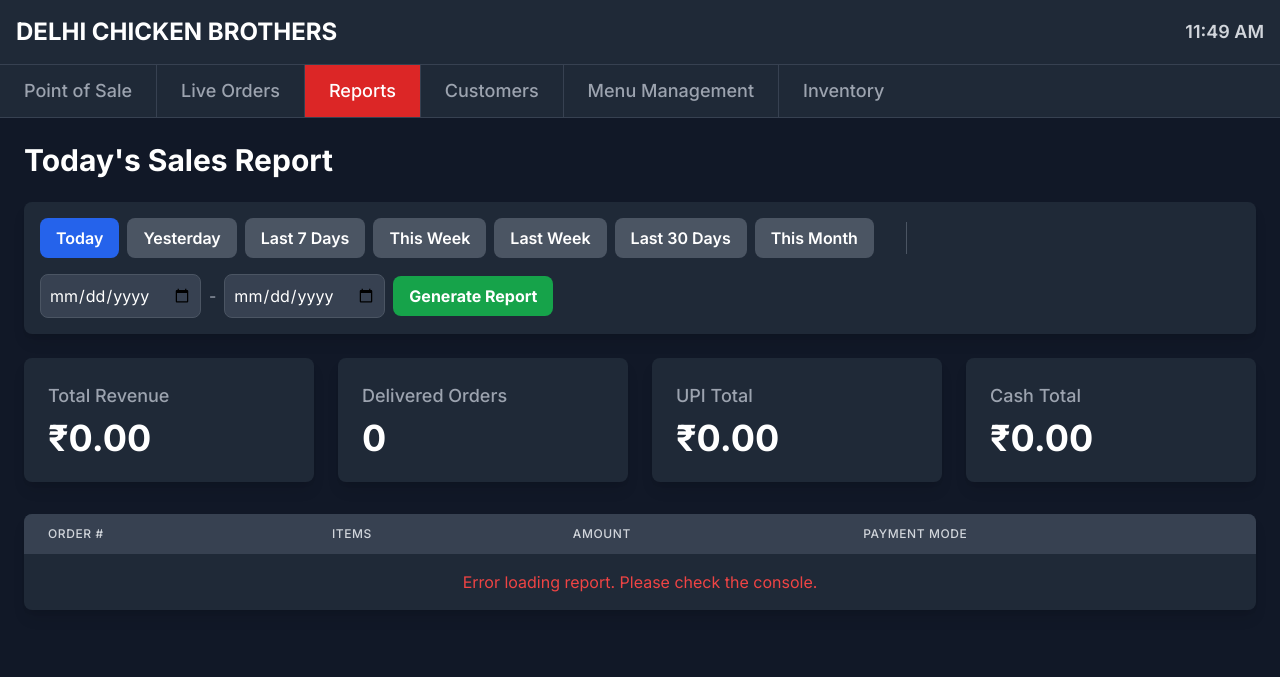
Repository: roydigital/dcb-pos-app
Page: reports.html
These files come from the project's save history. The page is drawn as it stood at one moment and after a run of saves; the edit follows.
The browser window is 1280 px wide. The pictures show the whole page.
The page's requests for data from a server got no answer. Some web libraries are served in a nearby version.

Above is the page before, as saved 2025-09-18 18:15:09.

### reports.html
<!DOCTYPE html>
<html lang="en">
<head>
    <meta charset="UTF-8">
    <meta name="viewport" content="width=device-width, initial-scale=1.0">
    <title>Daily Sales Report - DCB POS</title>
    <script src="https://cdn.tailwindcss.com"></script>
    <link rel="preconnect" href="https://fonts.googleapis.com">
    <link rel="preconnect" href="https://fonts.gstatic.com" crossorigin>
    <link href="https://fonts.googleapis.com/css2?family=Inter:wght@400;500;600;700&display=swap" rel="stylesheet">
    <style>
        body {
            font-family: 'Inter', sans-serif;
        }
        .modal-backdrop {
            position: fixed;
            top: 0;
            left: 0;
            width: 100%;
            height: 100%;
            background-color: rgba(0, 0, 0, 0.6);
            display: none;
            justify-content: center;
            align-items: center;
            z-index: 1000;
        }
        .modal-content {
            background-color: #1f2937; /* bg-gray-800 */
            padding: 2rem;
            border-radius: 0.5rem;
            box-shadow: 0 10px 15px -3px rgba(0, 0, 0, 0.1), 0 4px 6px -2px rgba(0, 0, 0, 0.05);
            width: 90%;
            max-width: 500px;
            position: relative;
        }
        .modal-close {
            position: absolute;
            top: 1rem;
            right: 1rem;
            font-size: 1.5rem;
            line-height: 1;
            cursor: pointer;
            color: #9ca3af; /* text-gray-400 */
        }
        .modal-close:hover {
            color: #e5e7eb; /* text-gray-200 */
        }
        .clickable-row {
            cursor: pointer;
        }
    </style>
</head>
<body class="bg-gray-900 text-gray-200">
    <div class="flex flex-col h-screen">
        <!-- Header -->
        <header class="bg-gray-800 p-4 flex justify-between items-center shadow-md">
            <h1 class="text-2xl font-bold text-white">DELHI CHICKEN BROTHERS</h1>
            <div id="current-time" class="text-lg font-semibold text-gray-300"></div>
        </header>

        <!-- Navigation Bar -->
        <nav class="bg-gray-800 border-t border-b border-gray-700">
            <div class="flex">
                <a href="index.html" class="px-6 py-3 text-lg font-medium text-gray-400 hover:bg-gray-700 border-r border-gray-700">Point of Sale</a>
                <a href="live-orders.html" class="px-6 py-3 text-lg font-medium text-gray-400 hover:bg-gray-700 border-r border-gray-700">Live Orders</a>
                <a href="reports.html" class="px-6 py-3 text-lg font-medium bg-red-600 text-white border-r border-gray-700">Reports</a>
                <a href="customers.html" class="px-6 py-3 text-lg font-medium text-gray-400 hover:bg-gray-700 border-r border-gray-700">Customers</a>
                <a href="menu-management.html" class="px-6 py-3 text-lg font-medium text-gray-400 hover:bg-gray-700 border-r border-gray-700">Menu Management</a>
                <a href="inventory.html" class="px-6 py-3 text-lg font-medium text-gray-400 hover:bg-gray-700">Inventory</a>
            </div>
        </nav>

        <!-- Main Content -->
        <main class="flex-grow p-6">
            <div class="flex justify-between items-center mb-6">
                <h2 id="report-heading" class="text-3xl font-bold text-white">Today's Sales Report</h2>
            </div>

            <!-- Date Range Selector -->
            <div class="bg-gray-800 p-4 rounded-lg shadow-lg mb-6">
                <div class="flex flex-wrap items-center gap-4">
                    <!-- Predefined Ranges -->
                    <div class="flex items-center gap-2 flex-wrap">
                        <button id="btn-today" class="bg-blue-600 hover:bg-blue-700 text-white font-semibold py-2 px-4 rounded-lg">Today</button>
                        <button id="btn-yesterday" class="bg-gray-600 hover:bg-gray-700 text-white font-semibold py-2 px-4 rounded-lg">Yesterday</button>
                        <button id="btn-last-7-days" class="bg-gray-600 hover:bg-gray-700 text-white font-semibold py-2 px-4 rounded-lg">Last 7 Days</button>
                        <button id="btn-this-week" class="bg-gray-600 hover:bg-gray-700 text-white font-semibold py-2 px-4 rounded-lg">This Week</button>
                        <button id="btn-last-week" class="bg-gray-600 hover:bg-gray-700 text-white font-semibold py-2 px-4 rounded-lg">Last Week</button>
                        <button id="btn-last-30-days" class="bg-gray-600 hover:bg-gray-700 text-white font-semibold py-2 px-4 rounded-lg">Last 30 Days</button>
                        <button id="btn-this-month" class="bg-gray-600 hover:bg-gray-700 text-white font-semibold py-2 px-4 rounded-lg">This Month</button>
                    </div>
                    <div class="h-8 border-l border-gray-600 mx-4 hidden md:block"></div>
                    <!-- Custom Date Range -->
                    <div class="flex items-center gap-2 flex-wrap">
                        <div>
                            <label for="start-date" class="sr-only">Start Date</label>
                            <input type="date" id="start-date" class="bg-gray-700 border border-gray-600 text-white rounded-lg p-2">
                        </div>
                        <span class="text-gray-400">-</span>
                        <div>
                            <label for="end-date" class="sr-only">End Date</label>
                            <input type="date" id="end-date" class="bg-gray-700 border border-gray-600 text-white rounded-lg p-2">
                        </div>
                        <button id="btn-generate" class="bg-green-600 hover:bg-green-700 text-white font-bold py-2 px-4 rounded-lg">Generate Report</button>
                    </div>
                </div>
            </div>

            <!-- Stat Cards -->
            <div class="grid grid-cols-1 md:grid-cols-2 lg:grid-cols-4 gap-6 mb-8">
                <div class="bg-gray-800 p-6 rounded-lg shadow-lg">
                    <h3 class="text-gray-400 text-lg font-medium">Total Revenue</h3>
                    <p id="total-revenue" class="text-4xl font-bold text-white mt-2">₹0.00</p>
                </div>
                <div class="bg-gray-800 p-6 rounded-lg shadow-lg">
                    <h3 class="text-gray-400 text-lg font-medium">Delivered Orders</h3>
                    <p id="order-count" class="text-4xl font-bold text-white mt-2">0</p>
                </div>
                <div class="bg-gray-800 p-6 rounded-lg shadow-lg">
                    <h3 class="text-gray-400 text-lg font-medium">UPI Total</h3>
                    <p id="upi-total" class="text-4xl font-bold text-white mt-2">₹0.00</p>
                </div>
                <div class="bg-gray-800 p-6 rounded-lg shadow-lg">
                    <h3 class="text-gray-400 text-lg font-medium">Cash Total</h3>
                    <p id="cash-total" class="text-4xl font-bold text-white mt-2">₹0.00</p>
                </div>
            </div>

            <!-- Orders Table -->
            <div class="bg-gray-800 rounded-lg shadow-lg overflow-hidden">
                <table class="min-w-full">
                    <thead class="bg-gray-700">
                        <tr>
                            <th class="px-6 py-3 text-left text-xs font-medium text-gray-300 uppercase tracking-wider">Order #</th>
                            <th class="px-6 py-3 text-left text-xs font-medium text-gray-300 uppercase tracking-wider">Items</th>
                            <th class="px-6 py-3 text-left text-xs font-medium text-gray-300 uppercase tracking-wider">Amount</th>
                            <th class="px-6 py-3 text-left text-xs font-medium text-gray-300 uppercase tracking-wider">Payment Mode</th>
                        </tr>
                    </thead>
                    <tbody id="report-table-body" class="divide-y divide-gray-700">
                        <!-- Rows will be inserted here dynamically -->
                    </tbody>
                </table>
            </div>
        </main>
    </div>

    <!-- Order Details Modal -->
    <div id="order-details-modal" class="modal-backdrop">
        <div class="modal-content">
            <span id="modal-close-btn" class="modal-close">&times;</span>
            <h3 class="text-2xl font-bold mb-4">Order Details</h3>
            <div class="space-y-2 text-lg">
                <p><strong>Order #:</strong> <span id="modal-order-number" class="font-mono"></span></p>
                <p><strong>Date:</strong> <span id="modal-date" class="font-mono"></span></p>
                <p><strong>Total Amount:</strong> <span id="modal-total-amount" class="font-semibold text-green-400"></span></p>
                <p><strong>Payment Mode:</strong> <span id="modal-payment-mode" class="capitalize"></span></p>
                <p><strong>Customer:</strong> <span id="modal-customer"></span></p>
                <div class="pt-2">
                    <h4 class="text-xl font-semibold mb-2">Items:</h4>
                    <ul id="modal-items" class="list-disc list-inside space-y-1 pl-2">
                        <!-- Items will be populated here -->
                    </ul>
                </div>
                <div id="modal-notes-container" style="display: none;" class="pt-2">
                    <h4 class="text-xl font-semibold mb-2">Notes:</h4>
                    <p id="modal-notes" class="text-gray-300"></p>
                </div>
            </div>
        </div>
    </div>


    <script>
        let currentReportOrders = [];
        const reportHeading = document.getElementById('report-heading');
        const totalRevenueEl = document.getElementById('total-revenue');
        const orderCountEl = document.getElementById('order-count');
        const upiTotalEl = document.getElementById('upi-total');
        const cashTotalEl = document.getElementById('cash-total');
        const tableBody = document.getElementById('report-table-body');
        const startDateInput = document.getElementById('start-date');
        const endDateInput = document.getElementById('end-date');

        function formatDate(date) {
            return date.toISOString().split('T')[0];
        }

        function updateHeading(startDate, endDate) {
            const startStr = startDate.toLocaleDateString('en-GB', { day: 'numeric', month: 'short' });
            const endStr = endDate.toLocaleDateString('en-GB', { day: 'numeric', month: 'short' });
            if (startStr === endStr) {
                if (formatDate(startDate) === formatDate(new Date())) {
                    reportHeading.textContent = "Today's Sales Report";
                } else {
                    reportHeading.textContent = `Sales Report for ${startStr}`;
                }
            } else {
                reportHeading.textContent = `Sales Report: ${startStr} to ${endStr}`;
            }
        }

        async function generateReport(startDate, endDate) {
            const startDateStr = formatDate(startDate);
            const endDateStr = formatDate(endDate);

            updateHeading(startDate, endDate);

            try {
                const response = await fetch(`/api/reports?startDate=${startDateStr}&endDate=${endDateStr}`);
                if (!response.ok) {
                    throw new Error(`HTTP error! status: ${response.status}`);
                }
                const data = await response.json();
                currentReportOrders = data.orders; // Store orders globally

                // Update stat cards
                totalRevenueEl.textContent = `₹${data.totalRevenue.toFixed(2)}`;
                orderCountEl.textContent = data.orderCount;
                upiTotalEl.textContent = `₹${(data.paymentBreakdown.upi || 0).toFixed(2)}`;
                cashTotalEl.textContent = `₹${(data.paymentBreakdown.cash || 0).toFixed(2)}`;

                // Populate table
                tableBody.innerHTML = ''; // Clear existing rows

                if (data.orders.length === 0) {
                    tableBody.innerHTML = `<tr><td colspan="4" class="text-center py-4 text-gray-500">No delivered orders found for the selected period.</td></tr>`;
                    return;
                }

                data.orders.forEach(order => {
                    const itemsSummary = order.items.map(item => `${item.quantity}x ${item.name}`).join(', ');
                    const row = `
                        <tr class="hover:bg-gray-700 clickable-row" data-order-id="${order._id}">
                            <td class="px-6 py-4 whitespace-nowrap font-medium">#${order.orderNumber}</td>
                            <td class="px-6 py-4 whitespace-normal">${itemsSummary}</td>
                            <td class="px-6 py-4 whitespace-nowrap font-semibold">₹${order.totalAmount.toFixed(2)}</td>
                            <td class="px-6 py-4 whitespace-nowrap capitalize">${order.paymentMode}</td>
                        </tr>
                    `;
                    tableBody.innerHTML += row;
                });

            } catch (error) {
                console.error('Failed to fetch sales report:', error);
                tableBody.innerHTML = `<tr><td colspan="4" class="text-center py-4 text-red-500">Error loading report. Please check the console.</td></tr>`;
            }
        }

        function updateTime() {
            const timeEl = document.getElementById('current-time');
            const now = new Date();
            timeEl.textContent = now.toLocaleTimeString('en-US', { hour: '2-digit', minute: '2-digit', hour12: true });
        }

        function setupEventListeners() {
            document.getElementById('btn-today').addEventListener('click', () => {
                const today = new Date();
                generateReport(today, today);
            });

            document.getElementById('btn-yesterday').addEventListener('click', () => {
                const yesterday = new Date();
                yesterday.setDate(yesterday.getDate() - 1);
                generateReport(yesterday, yesterday);
            });

            document.getElementById('btn-last-7-days').addEventListener('click', () => {
                const endDate = new Date();
                const startDate = new Date();
                startDate.setDate(startDate.getDate() - 6);
                generateReport(startDate, endDate);
            });

            document.getElementById('btn-this-week').addEventListener('click', () => {
                const today = new Date();
                const dayOfWeek = today.getDay(); // Sunday = 0, Monday = 1, etc.
                const startDate = new Date(today);
                startDate.setDate(today.getDate() - dayOfWeek);
                const endDate = new Date(startDate);
                endDate.setDate(startDate.getDate() + 6);
                generateReport(startDate, endDate);
            });

            document.getElementById('btn-last-week').addEventListener('click', () => {
                const today = new Date();
                const dayOfWeek = today.getDay();
                const endDate = new Date(today);
                endDate.setDate(today.getDate() - dayOfWeek - 1);
                const startDate = new Date(endDate);
                startDate.setDate(endDate.getDate() - 6);
                generateReport(startDate, endDate);
            });

            document.getElementById('btn-last-30-days').addEventListener('click', () => {
                const endDate = new Date();
                const startDate = new Date();
                startDate.setDate(startDate.getDate() - 29);
                generateReport(startDate, endDate);
            });

            document.getElementById('btn-this-month').addEventListener('click', () => {
                const today = new Date();
                const startDate = new Date(today.getFullYear(), today.getMonth(), 1);
                const endDate = new Date(today.getFullYear(), today.getMonth() + 1, 0);
                generateReport(startDate, endDate);
            });

            document.getElementById('btn-generate').addEventListener('click', () => {
                const startDate = startDateInput.value;
                const endDate = endDateInput.value;
                if (startDate && endDate) {
                    generateReport(new Date(startDate), new Date(endDate));
                } else {
                    alert('Please select both a start and end date.');
                }
            });
        }

        // Modal Logic
        const modal = document.getElementById('order-details-modal');
        const modalCloseBtn = document.getElementById('modal-close-btn');

        function hideModal() {
            modal.style.display = 'none';
        }

        tableBody.addEventListener('click', (event) => {
            const row = event.target.closest('.clickable-row');
            if (!row) return;

            const orderId = row.dataset.orderId;
            const orderData = currentReportOrders.find(o => o._id === orderId);

            if (!orderData) return;

            // Correctly format and display the date
            document.getElementById('modal-date').textContent = new Date(orderData.createdAt).toLocaleString('en-IN', { dateStyle: 'long', timeStyle: 'short' });

            // Populate standard fields
            document.getElementById('modal-order-number').textContent = `#${orderData.orderNumber}`;
            document.getElementById('modal-total-amount').textContent = `₹${orderData.totalAmount.toFixed(2)}`;
            document.getElementById('modal-payment-mode').textContent = orderData.paymentMode;

            // Correctly display customer details with a fallback
            const customerName = orderData.customerName || 'Walk-in Customer';
            const customerPhone = orderData.customerPhone || 'N/A';
            document.getElementById('modal-customer').textContent = `${customerName} (${customerPhone})`;

            // Correctly generate and display the items list
            const itemsListEl = document.getElementById('modal-items');
            itemsListEl.innerHTML = ''; // Clear previous items
            orderData.items.forEach(item => {
                const li = document.createElement('li');
                li.textContent = `${item.quantity}x ${item.name} - ₹${item.price.toFixed(2)}`;
                itemsListEl.appendChild(li);
            });

            // Correctly display the notes, but only if they exist
            const notesContainer = document.getElementById('modal-notes-container');
            const notesContent = document.getElementById('modal-notes');
            if (orderData.notes && orderData.notes.trim() !== '') {
                notesContent.textContent = orderData.notes;
                notesContainer.style.display = 'block'; // Show the notes section
            } else {
                notesContainer.style.display = 'none'; // Hide if no notes
            }

            // Show the modal
            document.getElementById('order-details-modal').style.display = 'flex';
        });

        modalCloseBtn.addEventListener('click', hideModal);
        modal.addEventListener('click', (event) => {
            if (event.target === modal) {
                hideModal();
            }
        });

        // Initial calls
        document.addEventListener('DOMContentLoaded', () => {
            const today = new Date();
            generateReport(today, today);
            setupEventListeners();
        });
        updateTime();
        setInterval(updateTime, 1000);
    </script>
</body>
</html>

After the next 3 saves:
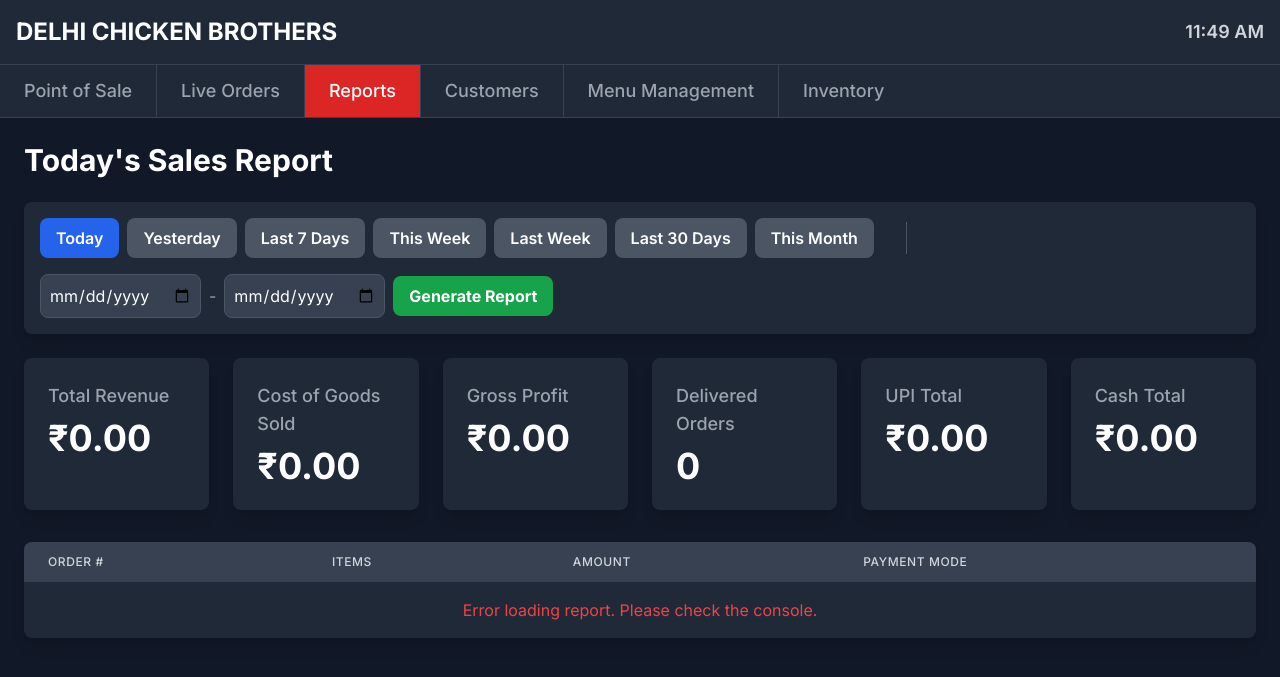
The 3 saves are shown as one change because they came seconds apart.
The last was saved 25 s later.
--- a/reports.html
+++ b/reports.html
@@ -107,10 +107,18 @@
             </div>
 
             <!-- Stat Cards -->
-            <div class="grid grid-cols-1 md:grid-cols-2 lg:grid-cols-4 gap-6 mb-8">
+            <div class="grid grid-cols-1 md:grid-cols-3 lg:grid-cols-6 gap-6 mb-8">
                 <div class="bg-gray-800 p-6 rounded-lg shadow-lg">
                     <h3 class="text-gray-400 text-lg font-medium">Total Revenue</h3>
                     <p id="total-revenue" class="text-4xl font-bold text-white mt-2">₹0.00</p>
+                </div>
+                <div class="bg-gray-800 p-6 rounded-lg shadow-lg">
+                    <h3 class="text-gray-400 text-lg font-medium">Cost of Goods Sold</h3>
+                    <p id="cogs-total" class="text-4xl font-bold text-white mt-2">₹0.00</p>
+                </div>
+                <div class="bg-gray-800 p-6 rounded-lg shadow-lg">
+                    <h3 class="text-gray-400 text-lg font-medium">Gross Profit</h3>
+                    <p id="gross-profit" class="text-4xl font-bold text-white mt-2">₹0.00</p>
                 </div>
                 <div class="bg-gray-800 p-6 rounded-lg shadow-lg">
                     <h3 class="text-gray-400 text-lg font-medium">Delivered Orders</h3>
@@ -178,6 +186,8 @@
         const orderCountEl = document.getElementById('order-count');
         const upiTotalEl = document.getElementById('upi-total');
         const cashTotalEl = document.getElementById('cash-total');
+        const cogsTotalEl = document.getElementById('cogs-total');
+        const grossProfitEl = document.getElementById('gross-profit');
         const tableBody = document.getElementById('report-table-body');
         const startDateInput = document.getElementById('start-date');
         const endDateInput = document.getElementById('end-date');
@@ -217,6 +227,8 @@
                 // Update stat cards
                 totalRevenueEl.textContent = `₹${data.totalRevenue.toFixed(2)}`;
                 orderCountEl.textContent = data.orderCount;
+                cogsTotalEl.textContent = `₹${data.costOfGoodsSold.toFixed(2)}`;
+                grossProfitEl.textContent = `₹${data.grossProfit.toFixed(2)}`;
                 upiTotalEl.textContent = `₹${(data.paymentBreakdown.upi || 0).toFixed(2)}`;
                 cashTotalEl.textContent = `₹${(data.paymentBreakdown.cash || 0).toFixed(2)}`;
 
